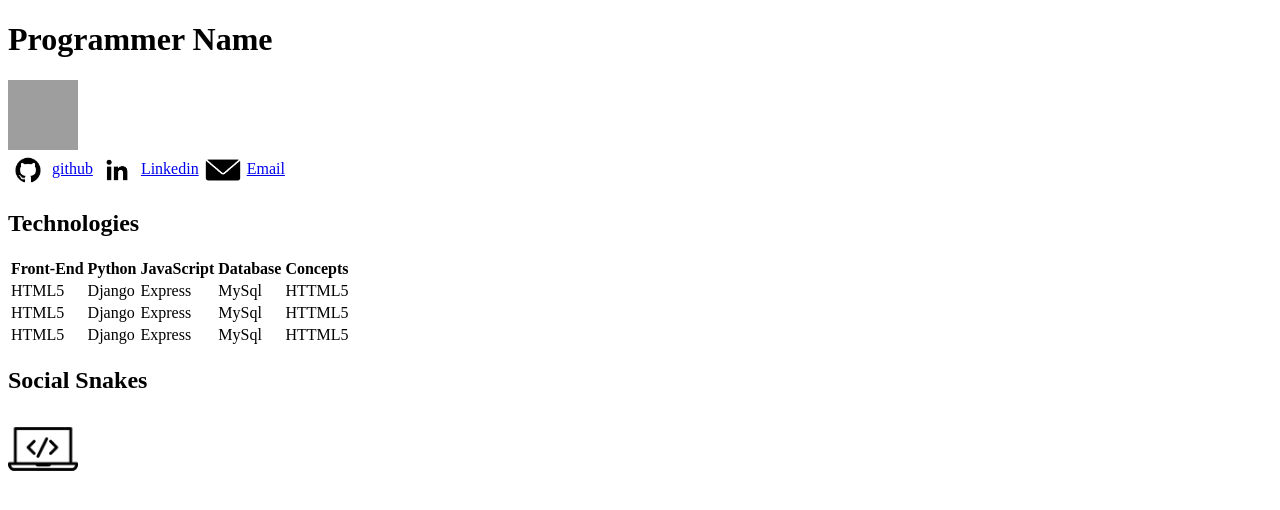
Repository: Fredy452/Fundamentos_de_la_Web
Page: Trabajos/Portafolio/index.html
The author's editor kept a copy of each file at every save. The page is drawn from the files as they stood at one save, then again after the next save.
The browser window is 1280 px wide. The pictures show the whole page.
Pictures or frames that could not be fetched are drawn as grey boxes.

Above is the page before, as saved 2023-06-14 21:21:12.

### Trabajos/Portafolio/index.html
<!DOCTYPE html>
<html lang="en">
<head>
    <meta charset="UTF-8">
    <meta name="viewport" content="width=device-width, initial-scale=1.0">
    <title>Portafolio</title>
    <link rel="stylesheet" href="css/style.css">
</head>
<body>
    <h1>Programmer Name</h1>
    <img src="img/21104.png" alt="User imagen" style="width:70px; height: 70px;">
    <!-- Secction links -->
    <section>
        <img src="img/git.png" alt="github logo">
        <a href="https://github.com/Fredy452">github</a>
        <img src="img/linkedin.png" alt="Linkedin logo">
        <a href="#">Linkedin</a>
        <img src="img/email.png" alt="Linkedin logo">
        <a href="#">Email</a>
    </section>

    <!-- Section table -->
    <section>
        <h1>Technologies</h1>
        <table>
            <tr>
                <th>Front-End</th>
                <th>Python</th>
                <th>JavaScript</th>
                <th>Database</th>
                <th>Concepts</th>
            </tr>
            <tr>
                <td>HTML5</td>
                <td>Django</td>
                <td>Express</td>
                <td>MySql</td>
                <td>HTTML5</td>
            </tr>
            <tr>
                <td>HTML5</td>
                <td>Django</td>
                <td>Express</td>
                <td>MySql</td>
                <td>HTTML5</td>
            </tr><tr>
                <td>HTML5</td>
                <td>Django</td>
                <td>Express</td>
                <td>MySql</td>
                <td>HTTML5</td>
            </tr>
        </table>
    </section>

    <!-- Social Snakes -->
    <section>
        <h1>Social Snakes</h1>
        <img src="img/code.png" alt="Image of code" style="width:70px; height: 70px;">
    </section>

</body>
</html>

### Trabajos/Portafolio/css/style.css
img{
    width: 40px;
    height: 40px;
    display: inline-block;
    vertical-align: middle;
}

After the next save:
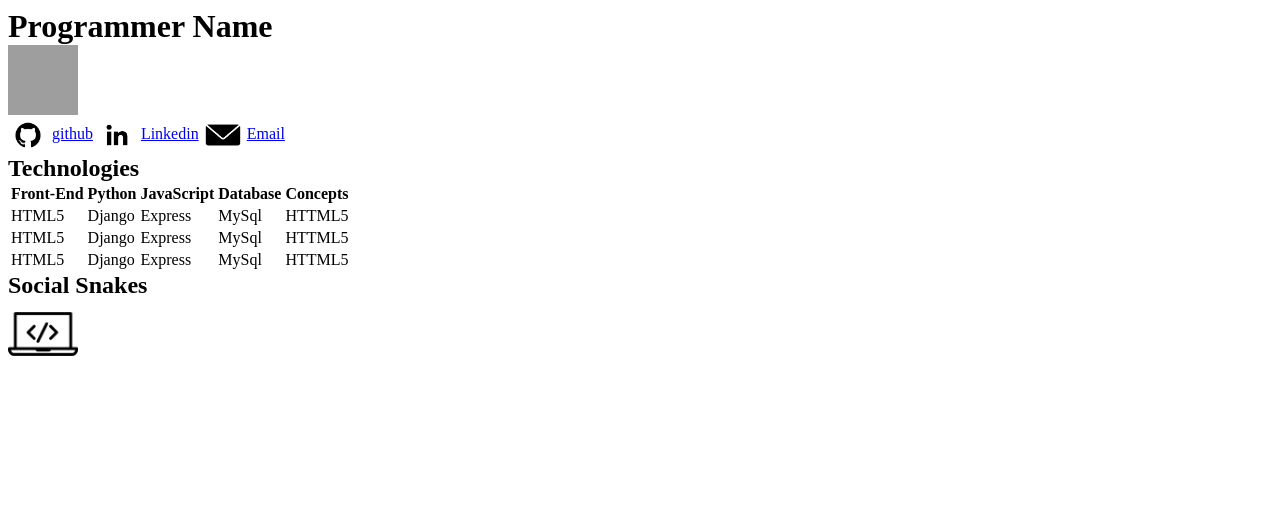
Saved 51 s later.
--- a/Trabajos/Portafolio/css/style.css
+++ b/Trabajos/Portafolio/css/style.css
@@ -4,3 +4,6 @@ img{
     display: inline-block;
     vertical-align: middle;
 }
+h1{
+    margin: 0px;
+}

After the save that followed:
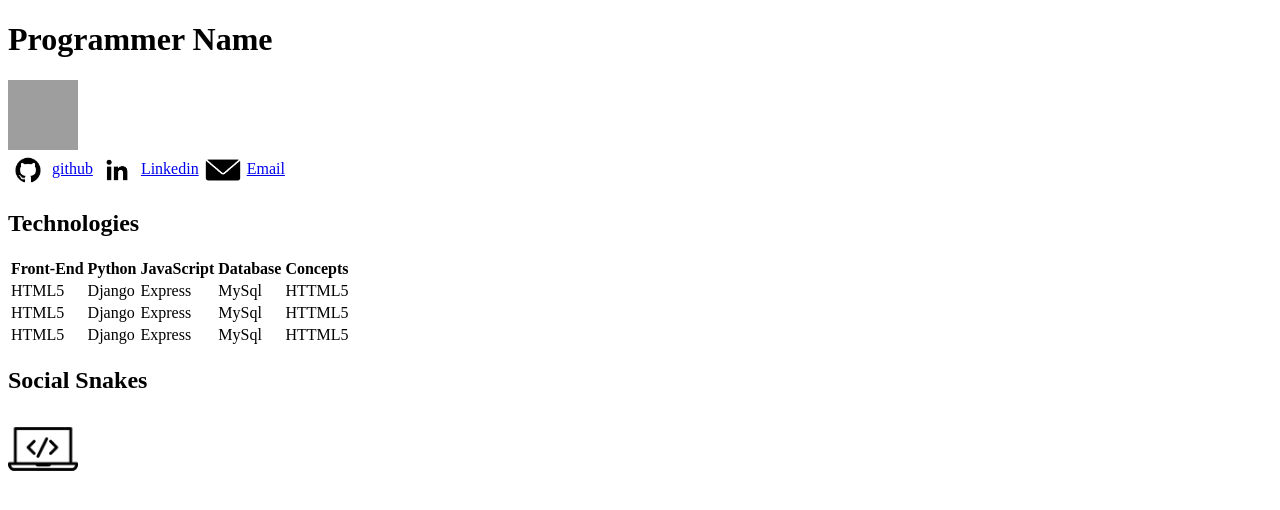
Saved 10 s later.
--- a/Trabajos/Portafolio/css/style.css
+++ b/Trabajos/Portafolio/css/style.css
@@ -5,5 +5,5 @@ img{
     vertical-align: middle;
 }
 h1{
-    margin: 0px;
+    margin: 10pxpx;
 }
